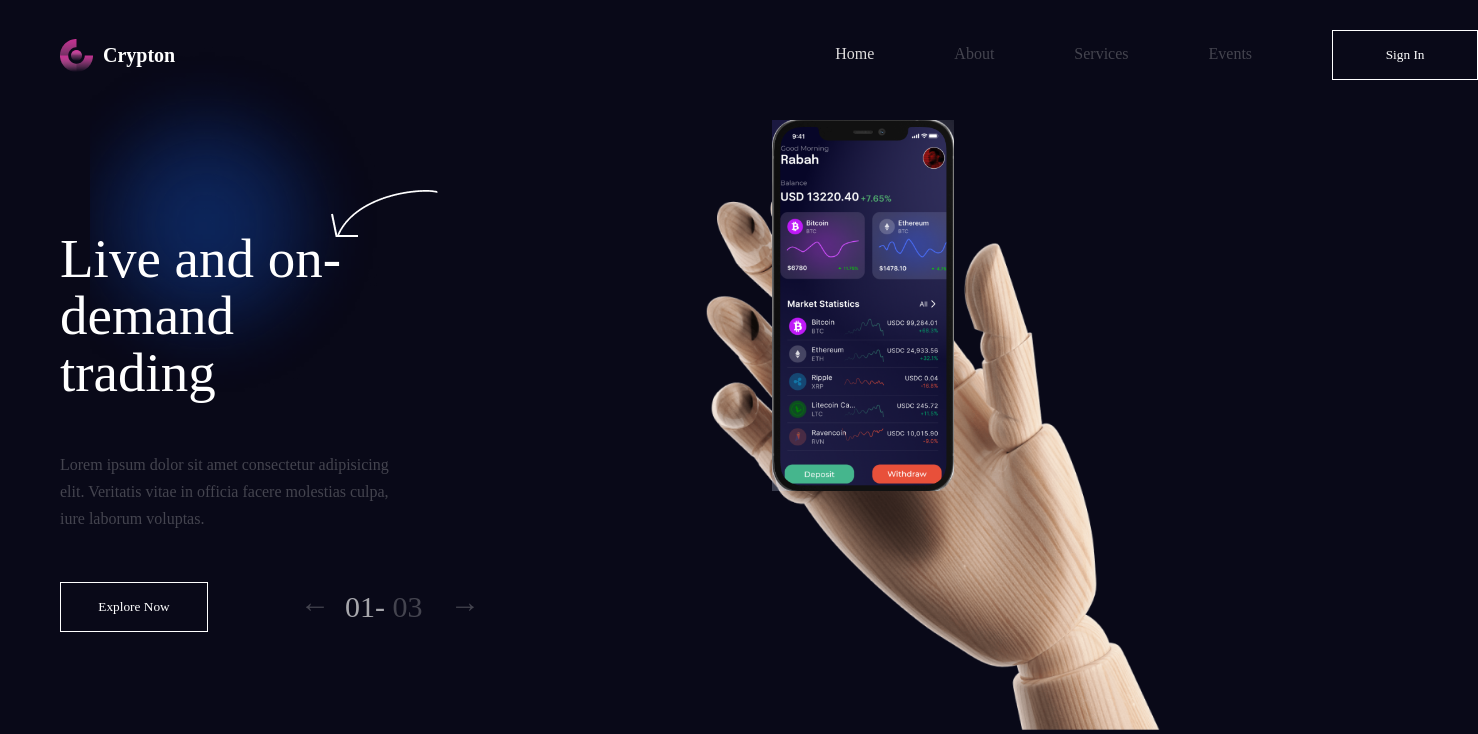
Repository: isaacCodes1/Crypton-Website
Page: index.html
An editor plug-in stored every save of this project. The page is shown before and after the next save, followed by the edit.
The browser window is 1280 px wide. The page is 1478 px wide, so the pictures cover 1478 px, including what lies to the right of the window. The pictures show the whole page.

Above is the page before, as saved 2024-05-14 20:59:49.

### index.html
<!DOCTYPE html>
<html lang="en">
  <head>
    <meta charset="UTF-8" />
    <meta name="viewport" content="width=device-width, initial-scale=1.0" />
    <link rel="stylesheet" href="style.css" />
    <title>Crypton HomePage</title>
  </head>
  <body>
    <header>
      <nav>
        <div class="headerGen">
          <div class="logo">
            <img class="logoImage" src="/Assets/Group 605.png" alt="" />
            <p class="logoText">Crypton</p>
            <ul>
              <li>Home</li>
              <li style="color: #d6d5d54a">About</li>
              <li style="color: #d6d5d54a">Services</li>
              <li style="color: #d6d5d54a">Events</li>
              <button class="sign">Sign In</button>
            </ul>
          </div>
        </div>
      </nav>
    </header>
    <section>
      <div class="firstSectionGeneral">
        <div class="liveTexts">
          <h1 class="liveText"><span><img class="shadow" src="/Assets/shadow.png" alt=""></span><span><img class="arrow" src="/Assets/Arrow_03.png" alt=""></span>Live and on-demand trading</h1>
          <p class="lorem">
            Lorem ipsum dolor sit amet consectetur adipisicing elit. Veritatis
            vitae in officia facere molestias culpa, iure laborum voluptas.
          </p>
          <button class="explore">Explore Now</button>
          <span class="rArrow">&#8592;</span>
          <p class="innerP">01- <span class="theBrownNumber">03</span></p>
          <span class="lArrow">&#8594;</span>
        </div>
      </div>
    </section>
    <section>
      <div class="handDiv">
        <div class="woodenHand">
          <img class="wood" src="/Assets/rabat.png
          " alt="">
          <img class="hand" src="/Assets/Hand.png" alt="">
        </div>
      </div>
    </section>
  </body>
</html>

### style.css
    * {
    margin: 0;
    padding: 0;
    box-sizing: border-box;
    font-family: "poppins";
    }
body{
    background-color: rgb(9, 9, 24);
}
/* NavBar */
.logo {
    display: flex;
    align-items: center;
    gap: 10px;
    padding-top: 30px;
    margin-left: 60px;
    margin-bottom: 150px;
    cursor: pointer;
}
.logoText{
    font-size: 20px;
    color: #fff;
    margin-right: 650px;
    font-weight: 600;
}
.logo ul{
    display: flex;
    color: #dedcdc;
    list-style: none;
    gap: 80px;
    display: flex;
    align-items: center;
    cursor: pointer;
}
    .logo ul li {
        list-style: none;
        display: inline-block;
        /* padding: 8px 12px; */
        position: relative;
    }
    .logo ul li::after {
        content: "";
        width: 0%;
        height: 2px;
        background: #fff;
        display: block;
        margin: auto;
        transition: 0.5s;
    }
    .logo ul li:hover::after {
        width: 70%;
    }

.sign{
    width: 146px;
    height: 50px;
    border: 1px solid #fff;
    background: transparent;
    color: #fff;
    cursor: pointer;
}
/* Landing Page */
.liveTexts{
    /* display: flex; */
}
.liveText{
    display: flex;
    flex-direction: column;
    font-size: 55px;
    width: 340px;
    line-height: 57px;
    color: #fff;
    margin-left: 60px;
    font-weight: normal;
    margin-bottom: 50px;
}
.shadow{
    width: 25%;
    position: absolute;
    top: 20px;
    left: 90px;
    z-index: -1;
}
.lorem{
    color: #d6d5d54a;
    width: 27%;
    margin-left: 60px;
    line-height: 27px;
    margin-bottom: 50px;
}
.explore{
    margin-left: 60px;
    width: 148px;
    height: 50px;
    background: transparent;
    color: #fff;
    border: 1px solid #fff;
}
.arrow{
    position: absolute;
    top: 120px;
    left: 290px;
}
.rArrow{
    position: absolute;
    font-size: 30px;
    top: 585px;
    left: 300px;
    margin-right: 200px;
    color: #d6d5d54a;
    display: flex;
    align-items: center;
}
.lArrow{
    position: absolute;
    font-size: 30px;
    top: 585px;
    left: 450px;
    color: #d6d5d54a;
    display: flex;
    align-items: center;
}
.innerP{
    position: absolute;
    left: 345px;
    top: 590px;
    color: #ffffffa4;
    font-size: 30px;
}
.theBrownNumber{
    color: #d6d5d54a;
}
/* Wooden Hand Image */
.handDiv{
    display: flex;
    position: absolute;
    top: 190px;
    right: 120px;
}
.hand{
    height: 75vh;
}
.wood{
    position: absolute;
    right: 206px;
    top: -70px;
    width: 40%;
}

After the next save:
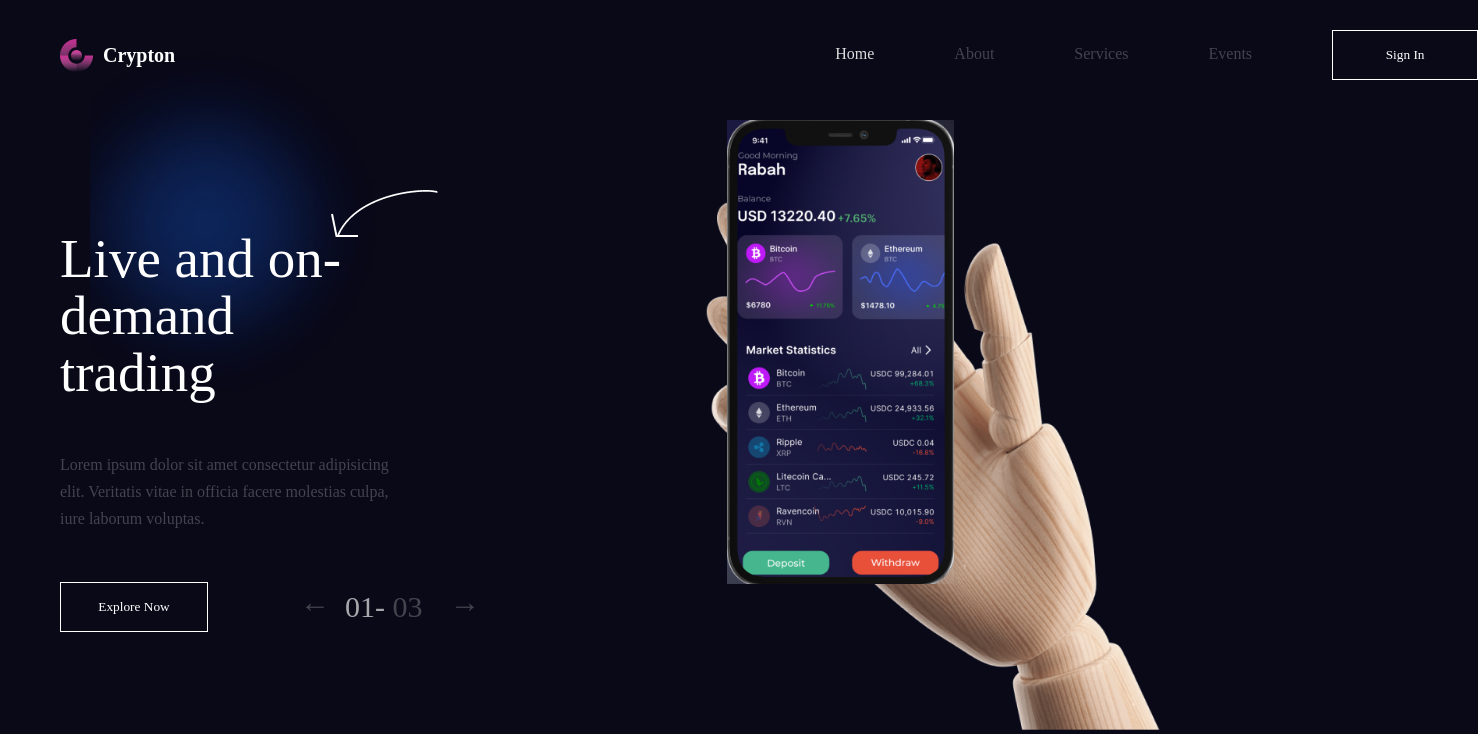
Saved 6 s later.
--- a/style.css
+++ b/style.css
@@ -144,5 +144,5 @@ body{
     position: absolute;
     right: 206px;
     top: -70px;
-    width: 40%;
+    width: 50%;
 }
